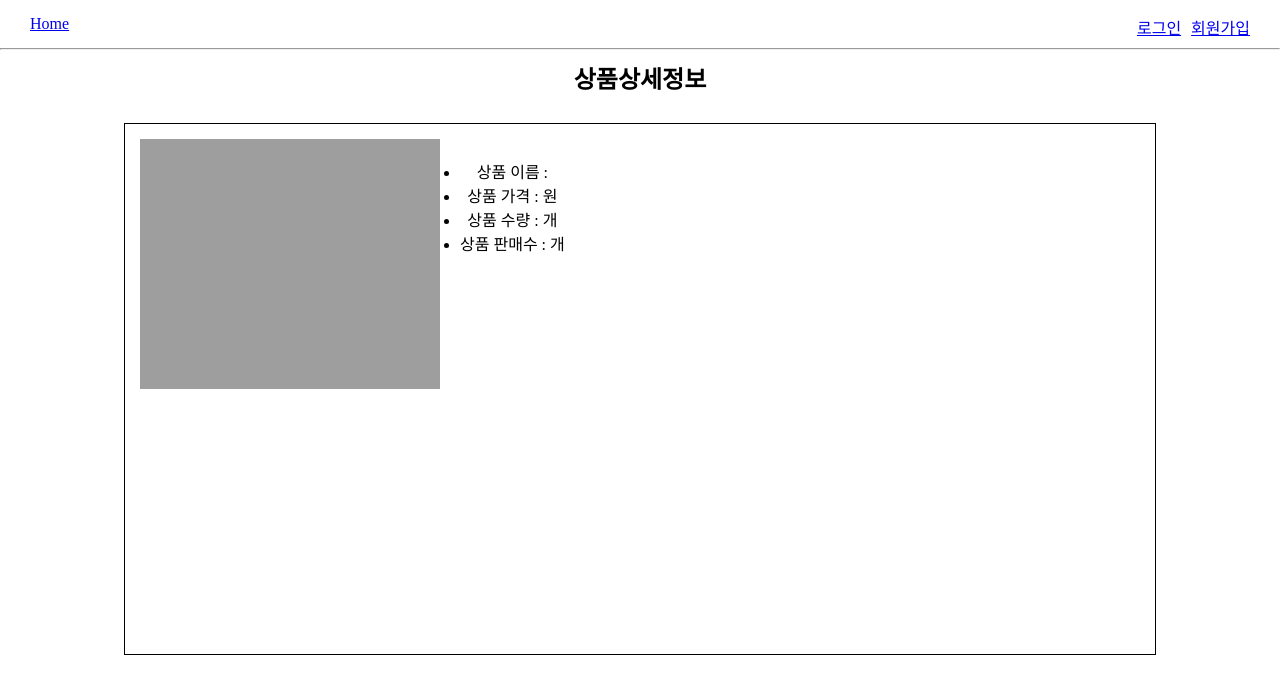
Repository: quswldms137/Shopping
Page: http://localhost/shop/WEB-INF/views/productDetail.jsp
An editor plug-in stored every save of this project. The page is shown before and after the next save, followed by the edit.
The browser window is 1280 px wide. The pictures show the whole page.
Pictures or frames that could not be fetched are drawn as grey boxes. The page is served by Tomcat 10. Nobody is signed in. Other server files are loaded and not shown. The template is opened directly, without the code that normally fills it, so the values that code supplies are empty.

Above is the page before, as saved 2024-05-29 06:49:04.

### shop/shop/src/main/webapp/WEB-INF/views/productDetail.jsp
<%@ page language="java" contentType="text/html; charset=UTF-8"
    pageEncoding="UTF-8"%>
<!DOCTYPE html>
<html>
<head>
<meta charset="UTF-8">
<title>Insert title here</title>
<style>
.container, h2 {
display: flex;
justify-content: center;
align-items: center;
flex-direction: column;
}
h2{padding:10px;}
.img {
    display: flex;
    flex-direction: row; /* 수직 정렬 */
    align-items: flex-start; /* 가로축 가운데 정렬 */
    justify-content: flex-start; /* 세로축 가운데 정렬 */
    border: 1px solid black; /* 테두리 스타일 및 두께 설정 */
    padding: 15px; /* 테두리와 내용 사이의 간격 설정 */
    width: 1000px;
    height: 500px;
    text-align: center; /* 텍스트 가운데 정렬 */
}
.text{
	padding:20px;
}


</style>
</head>
<body>
<header>
	<%@ include file="header.jsp" %>
</header>
<session>
<hr>
<h2>상품상세정보</h2>
<br>
<div class="container">
	<div class="img">
		<img id="img-img" src="/images/${product.url }" alt="${product.pname }" width="300px" height="250px">
		<div class="text">
			<ul>
				<li>상품 이름 : ${product.pname }</li>
				<li>상품 가격 : ${product.price } 원</li>
				<li>상품 수량 : ${product.stock } 개</li>
				<li>상품 판매수 : ${product.sales } 개</li>
			</ul>
		</div>
	</div>
</div>
</session>
</body>
</html>

### shop/shop/src/main/webapp/WEB-INF/views/header.jsp
<%@ page language="java" contentType="text/html; charset=UTF-8"
    pageEncoding="UTF-8"%>
<!DOCTYPE html>
<html>
<head>
<meta charset="UTF-8">
<title>Insert title here</title>
<style>
*{
	margin:0;
	padding:0;
}
header {
	margin:15px;
}
.header-right {
  float: right;
  margin-left:10px;
}
</style>
</head>
<body>
	<header>
			<a class="home_btn" href="/">Home</a>

			<a id="regBtn" class="header-right" href="registForm">회원가입</a>
			<a id="loginBtn" class="header-right" href="loginForm">로그인</a>

			<a id="logoutBtn" class="header-right" href="logout">로그아웃</a>
			<a href="mypage"><span id="name" class="header-right"></span></a>
	</header>

	<script>

	const loginBtn = document.querySelector("#loginBtn");
	const regBtn = document.querySelector("#regBtn");
	const logoutBtn = document.querySelector("#logoutBtn");
	const userName = document.querySelector("#name");

		if(${sessionScope.username eq null}){
			logoutBtn.style.display="none";
		}else{
			loginBtn.style.display="none";
			regBtn.style.display="none";
			logoutBtn.style.display="block";
			userName.innerHTML="${sessionScope.username} 님😀";
		}
	</script>
</body>
</html>

After the next save:
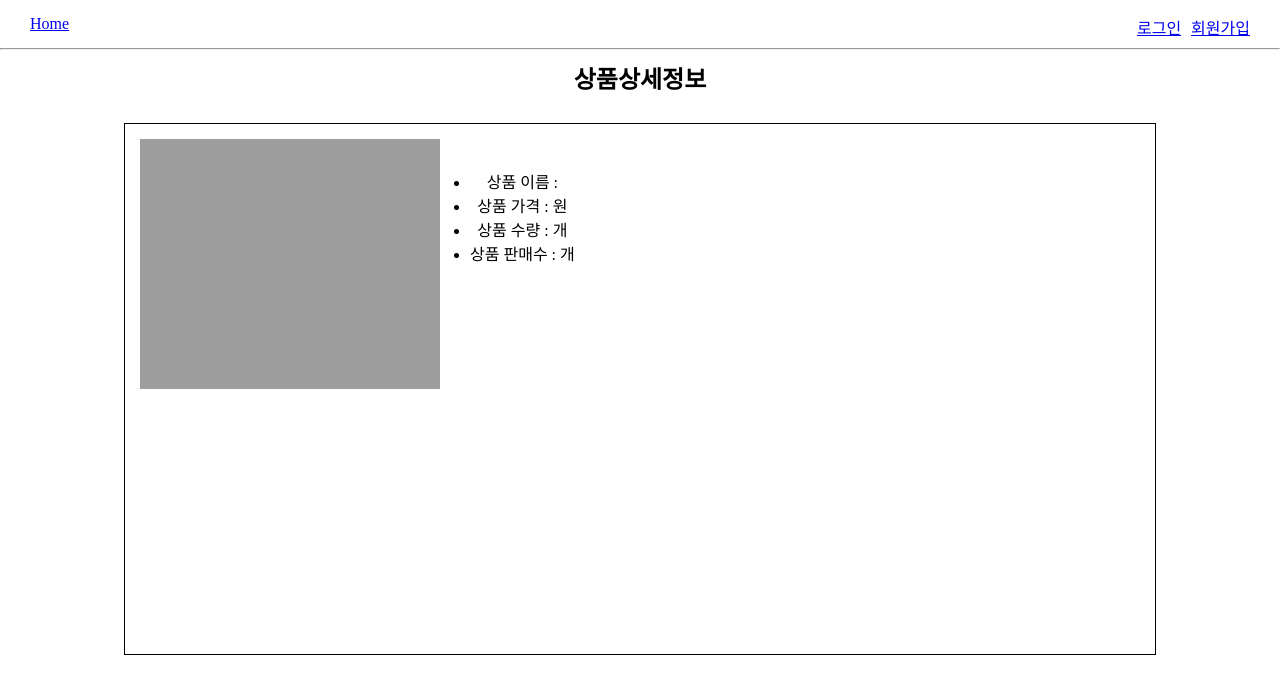
Saved 14 s later.
--- a/shop/shop/src/main/webapp/WEB-INF/views/productDetail.jsp
+++ b/shop/shop/src/main/webapp/WEB-INF/views/productDetail.jsp
@@ -25,7 +25,7 @@ h2{padding:10px;}
     text-align: center; /* 텍스트 가운데 정렬 */
 }
 .text{
-	padding:20px;
+	padding:30px;
 }
 
 
